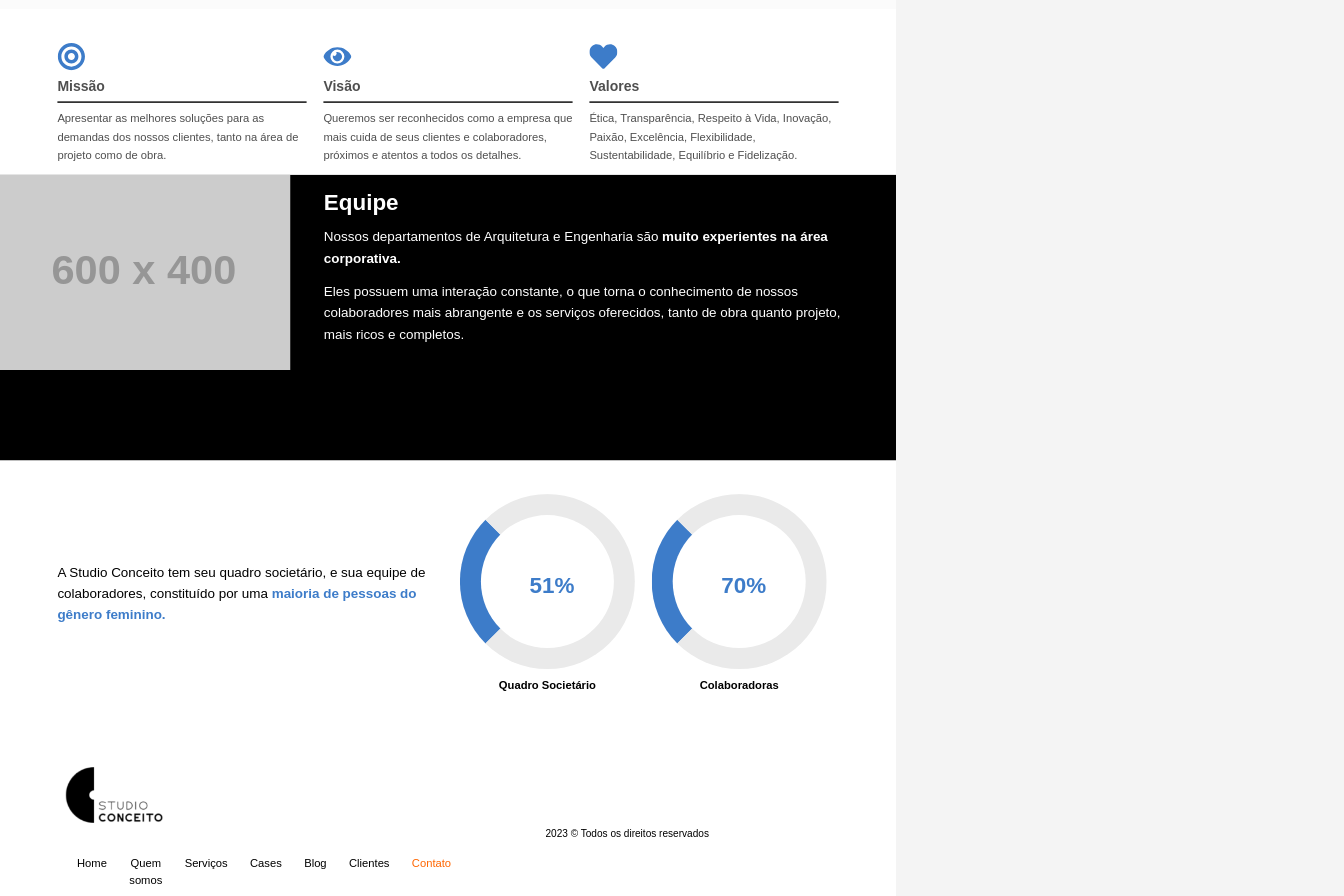
Repository: Upstairs-Agencia/studio-conceito-react
Page: /quem-somos
An editor plug-in stored every save of this project. The page is shown before and after the next save, followed by the edit.
The browser window is 1280 px wide. The page is 1920 px wide, so the pictures cover 1920 px, including what lies to the right of the window. The pictures show the part of the page from y = 2147 to 3427 px (the page is 3463 px tall before and 3511 px after), at 70% of full size.
The project was rebuilt for these pictures with package versions that can differ from the ones it lists, and the page was loaded fresh each time. Also part of the build but not shown: src/pages/Home.js, src/pages/Servicos.js, src/styles/cases.css, src/pages/Cases.js, src/pages/Blog.js, src/pages/Clientes.js, src/pages/Contato.js.

Above is the page before, as saved 2024-12-29 13:00:42.

After the next save:
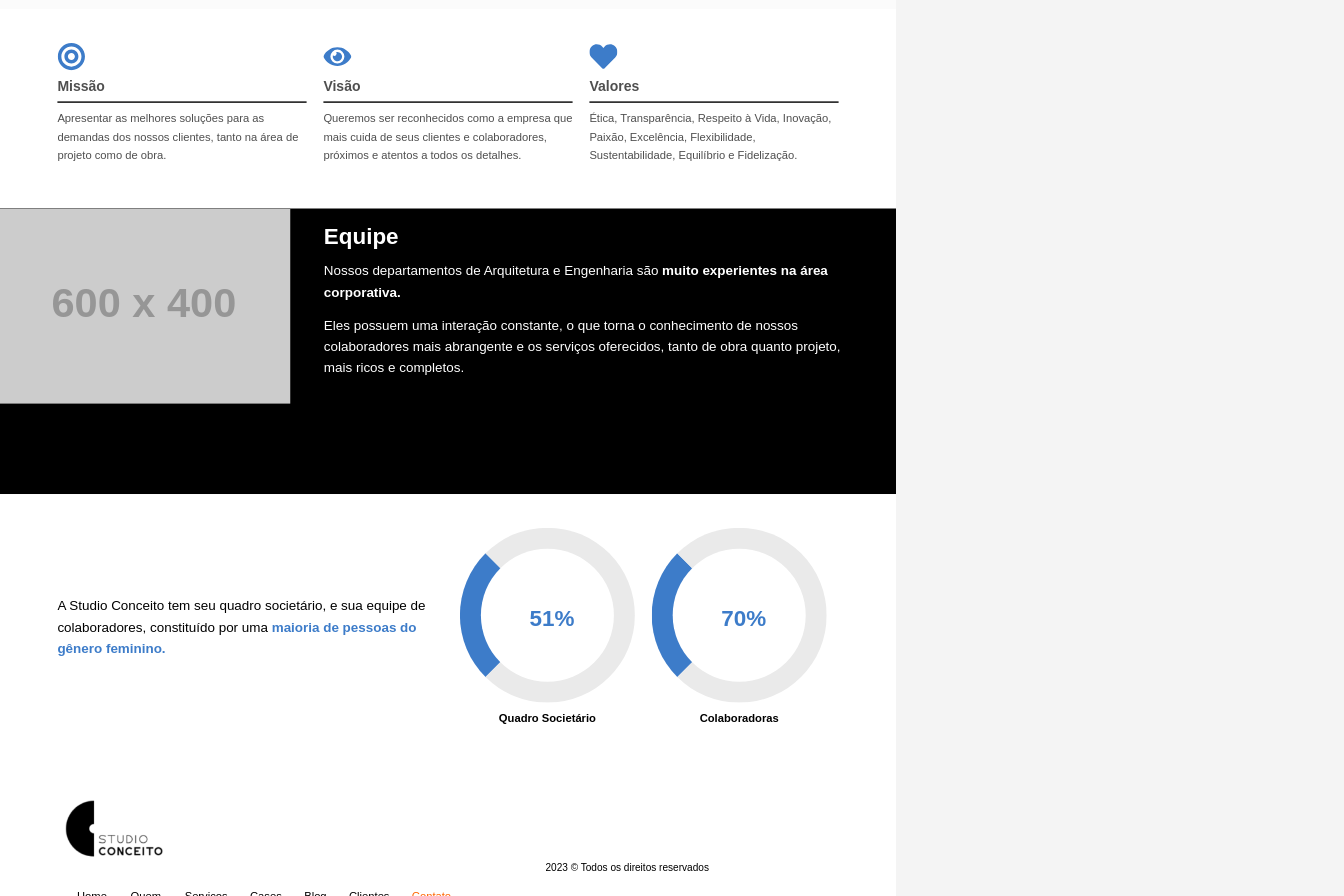
Saved 13 s later.
--- a/src/styles/quemsomos.css
+++ b/src/styles/quemsomos.css
@@ -50,6 +50,10 @@
     height: 2px;
     background-color: #000;
     margin: 10px auto;
+  }
+
+  .mvvsection{
+    margin-bottom: 3rem;
   }
 
   /* Equipe Section */
